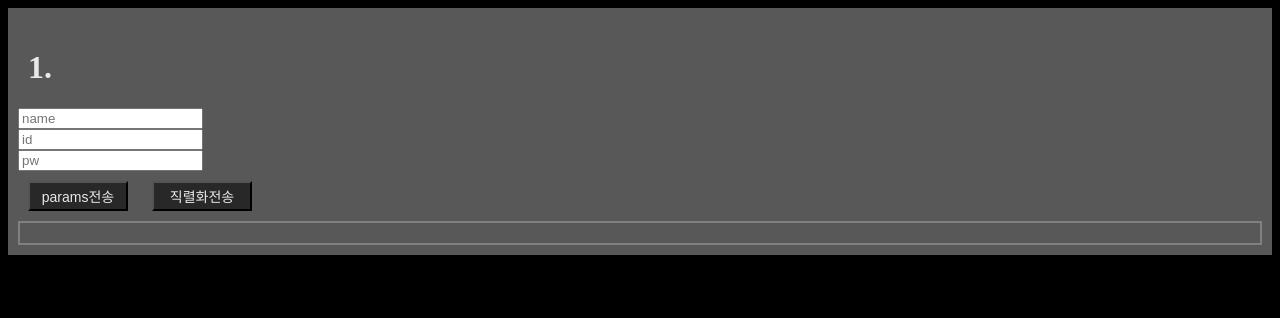
Repository: prawniel99/05_JQuery
Page: workspace/jqpro/WebContent/비동기5_fetch.html/postTest.html
An editor plug-in stored every save of this project. The page is shown before and after the next save, followed by the edit.
The browser window is 1280 px wide. The pictures show the whole page.

Above is the page before, as saved 2024-08-26 01:08:09.

After the next save:
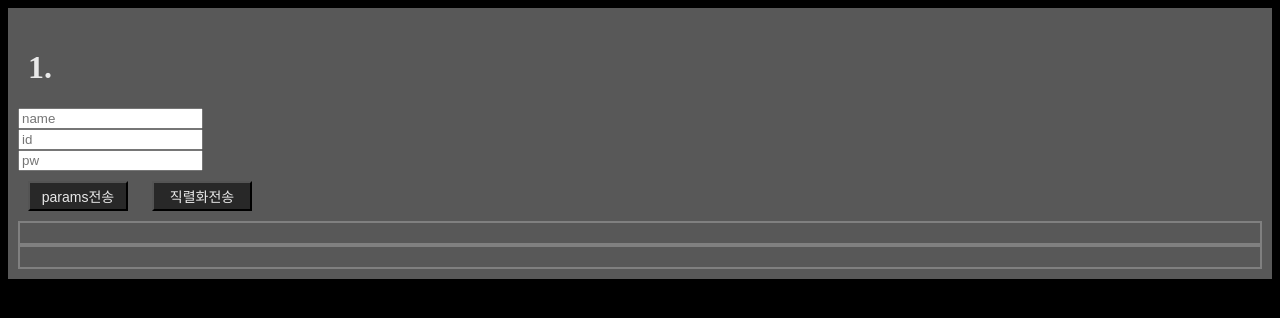
Saved 11 s later.
--- a/workspace/jqpro/WebContent/비동기5_fetch.html/postTest.html
+++ b/workspace/jqpro/WebContent/비동기5_fetch.html/postTest.html
@@ -111,6 +111,7 @@
         </form>
 
         <div id="result1"></div>
+        <div id="result2"></div>
 
     </div>
 
